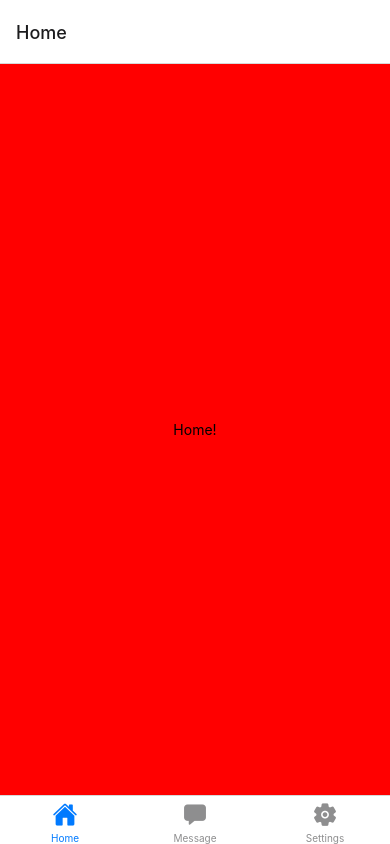
Repository: Waikato153/AwesomeProject
Screen: /
The author's editor kept a copy of each file at every save. The screen is drawn from the files as they stood at one save, then again after the next save.
The app was drawn by React Native's web renderer in a window 390 px wide. The project was rebuilt for these pictures with package versions that can differ from the ones it lists, and the page was loaded fresh each time.

Above is the screen before, as saved 2024-02-28 08:03:08.

After the next save:
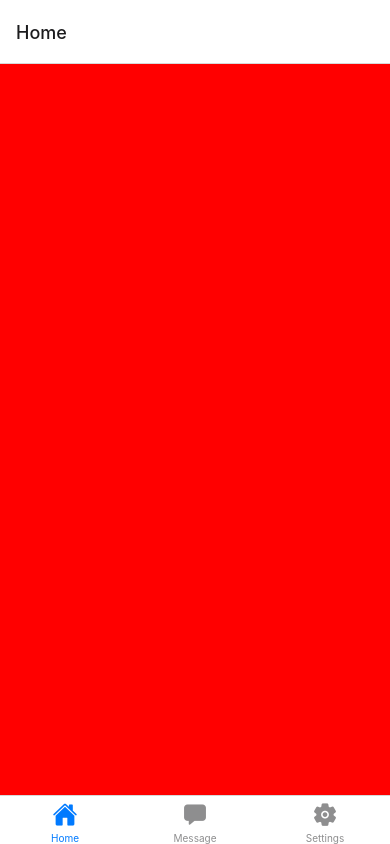
Saved 2 min 55 s later.
--- a/App.js
+++ b/App.js
@@ -7,7 +7,7 @@ import { Ionicons } from '@expo/vector-icons';
 function HomeScreen() {
   return (
     <View style={{ flex: 1, justifyContent: 'center', alignItems: 'center', backgroundColor:'red' }}>
-      <Text>Home!</Text>
+      <Text style={{color: 'red'}}>Home!</Text>
     </View>
   );
 }
